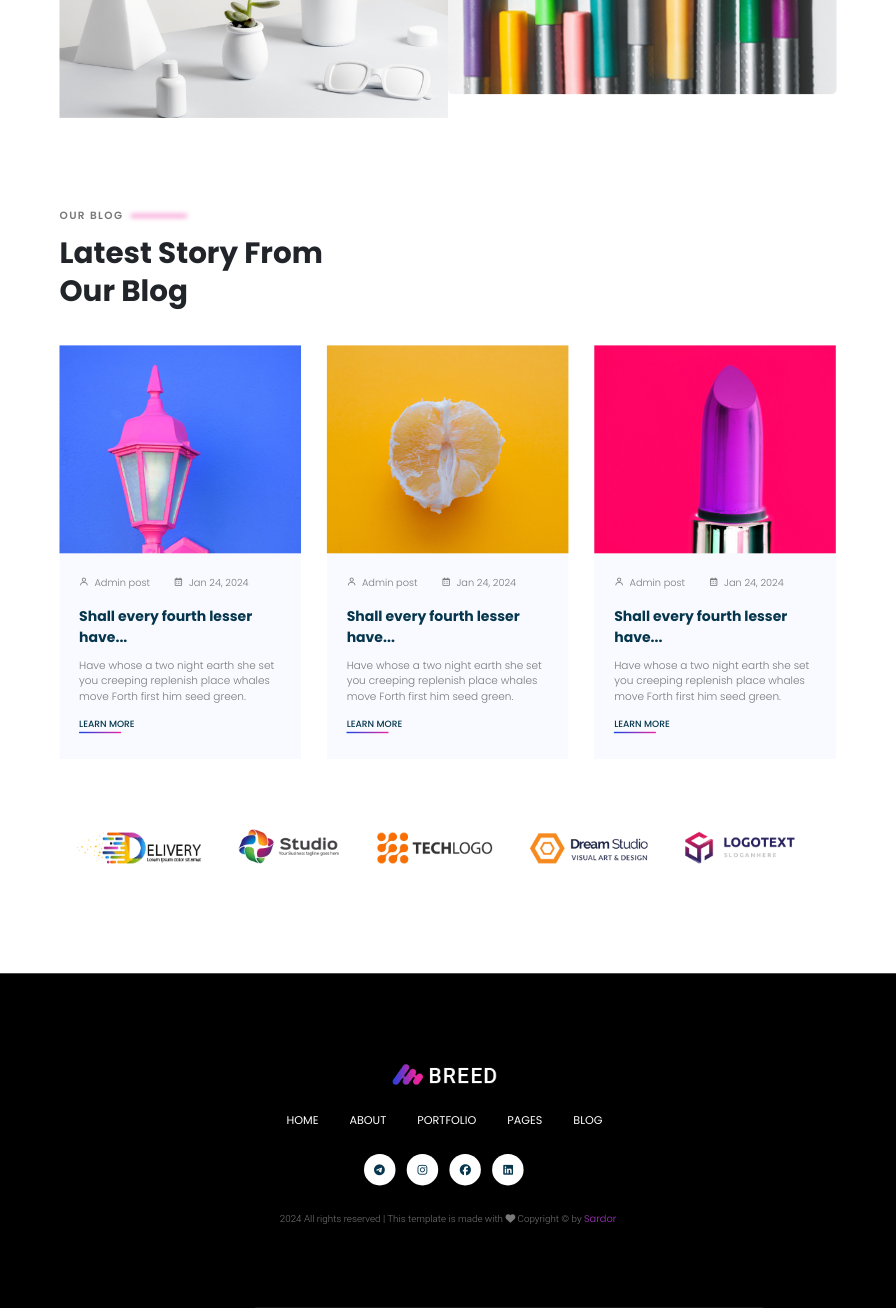
Repository: whoami2991/Sardorbek-Portfolio---Home
Page: index.html
An editor plug-in stored every save of this project. The page is shown before and after the next save, followed by the edit.
The browser window is 1280 px wide. The pictures show the part of the page from y = 4219 to 6139 px (the page is 6087 px tall before and 6139 px after), at 70% of full size.

Above is the page before, as saved 2024-08-04 22:19:54.

After the next save:
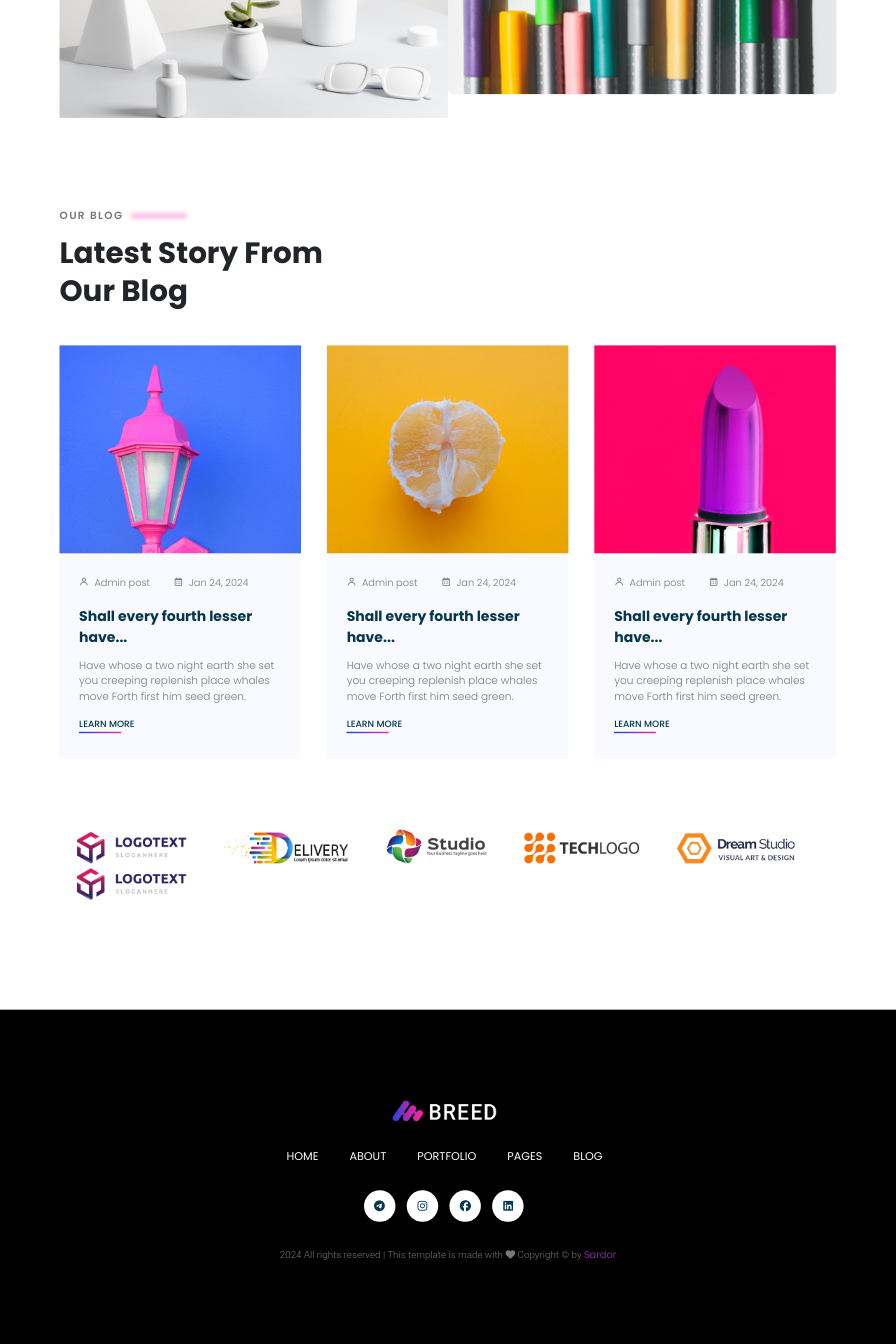
Saved 25 s later.
--- a/index.html
+++ b/index.html
@@ -339,6 +339,9 @@
     <!--Partners section-->
     <div class="wrapper">
         <section id="partners" class="partners">
+            <div class="partner">
+                <img src="/logo5.png.webp" alt="logo">
+            </div>
             <div class="partner partner_none">
                 <img src="logo1.png.webp" alt="logo">
             </div>
